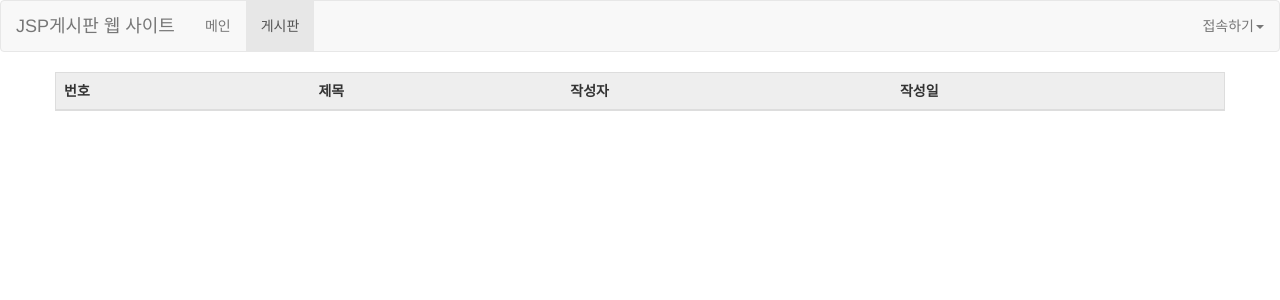
Repository: endol007/TripPuzzle
Page: http://localhost/BBS/write.jsp
These files come from the project's save history. The page is drawn as it stood at one moment and after the next save; the edit follows.
The browser window is 1280 px wide. The pictures show the whole page.
Some web libraries are served in a nearby version. The page is served by Tomcat 9.

Above is the page before, as saved 2019-08-20 17:16:17.

After the next save:
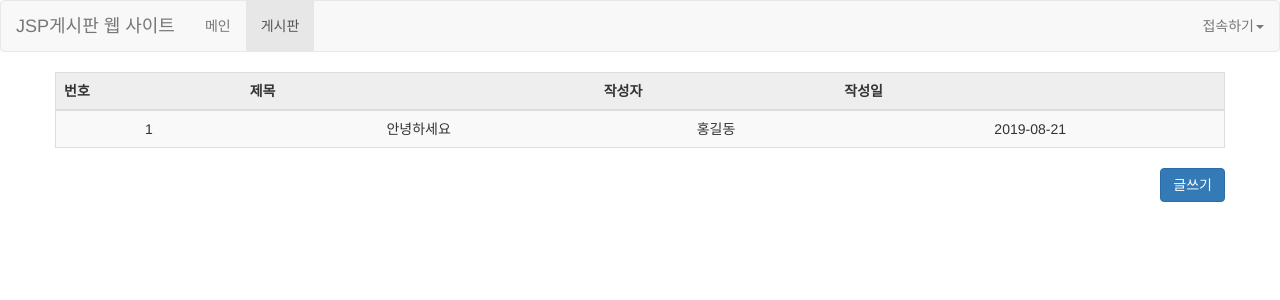
Saved 2 min 56 s later.
--- a/Yun/JSP 커뮤니티/Project/BBS/WebContent/write.jsp
+++ b/Yun/JSP 커뮤니티/Project/BBS/WebContent/write.jsp
@@ -77,10 +77,14 @@
 </thead>
 <tbody>
 <tr>
-
+<td>1</td>
+<td>안녕하세요</td>
+<td>홍길동</td>
+<td>2019-08-21</td>
 </tr>
 </tbody>
 </table>
+<a href="write.jsp" class="btn btn-primary pull-right">글쓰기</a>
 </div>
 </div>
 <script src="http://code.jquery.com/jquery-3.1.1.min.js"></script>
